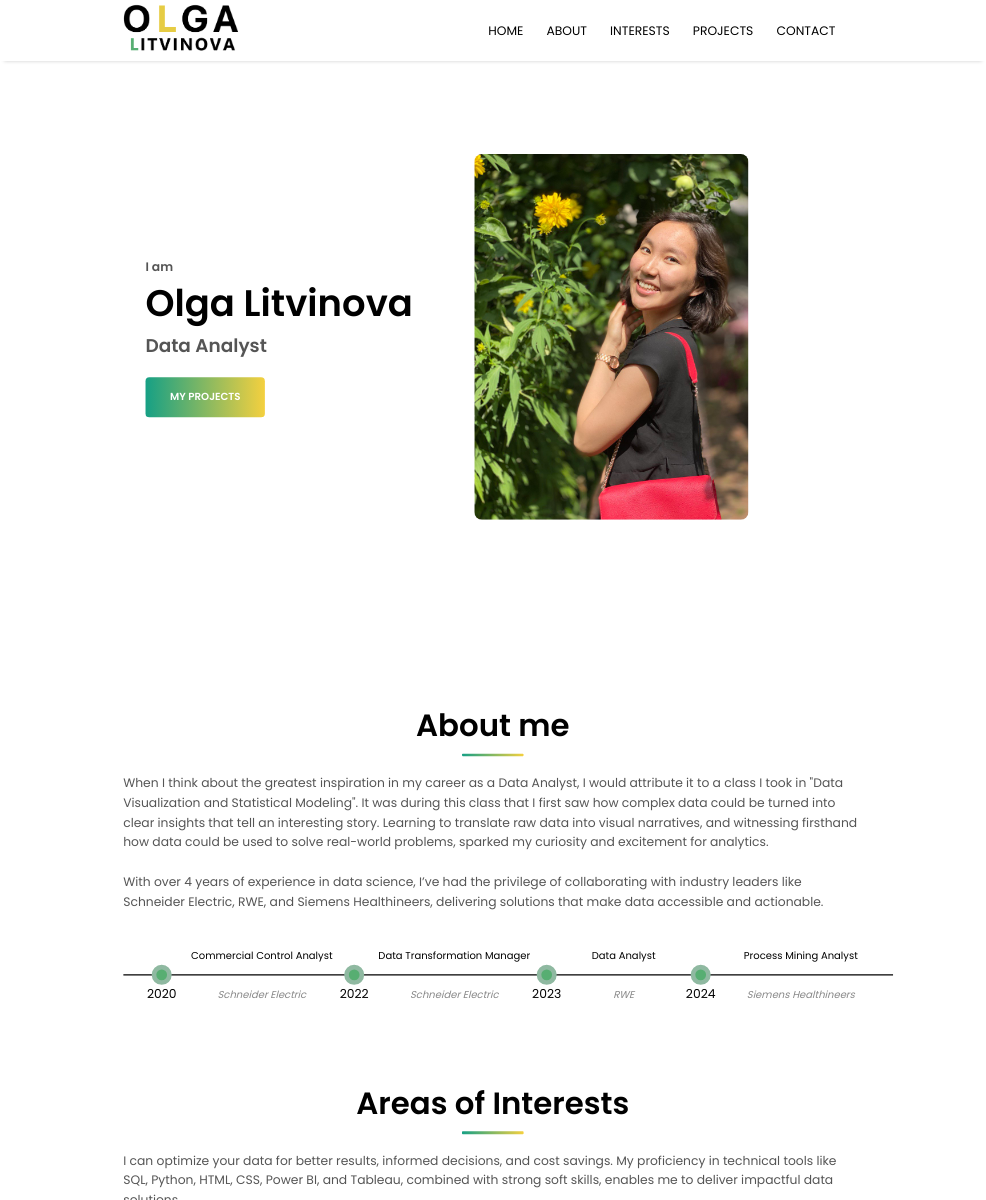
Repository: OlgaKuzminichna/CV
Page: index.html
These files come from the project's save history. The page is drawn as it stood at one moment and after the next save; the edit follows.
The browser window is 1280 px wide. The pictures show the part of the page from y = 0 to 1558 px (the page is 4124 px tall before and 4099 px after), at 77% of full size.
A picture or video elsewhere on the page could not be fetched, so the positions and the page height are approximate.

Above is the page before, as saved 2024-11-24 22:10:11.

### index.html
<!DOCTYPE html>
<html lang="en">
<head>
    <meta charset="UTF-8">
    <meta name="viewport" content="width=device-width, initial-scale=1.0">
    <title>Olga Litvinova | Data Analyst</title>
    <link rel="stylesheet" href="style.css">
    <link rel="icon" href="./images/logo2.png" type="image/x-icon">
    <script type="text/javascript" src="https://cdn.jsdelivr.net/npm/@emailjs/browser@3/dist/email.min.js"></script>
</head>
<body>
    <header>
        <nav id="navigation">
            <div class="site-header">
                <div class="site-logo">
                    <img src="./images/logo.png" alt="Olga Litvinova">
                </div>
                <ul class="link-list">
                    <li><a href="#home">HOME</a></li>
                    <li><a href="#about">ABOUT</a></li>
                    <li><a href="#skills">INTERESTS</a></li>
                    <li><a href="#projects">PROJECTS</a></li>
                    <li><a href="#contact">CONTACT</a></li>
                    <!-- <li><a href="#resume">RESUME</a></li> -->
                </ul>
            </div>
        </nav>
        <nav id="responsive-nav">
            <div class="site-header">
                <div class="site-logo">
                    <img src="./images/logo.png" alt="Olga Litvinova">
                </div>
                <div class="hamburger-menu">
                    <div class="icon-toggle" onclick="toggleMenu()">
                        <span></span>
                        <span></span>
                        <span></span>
                    </div>
                    <div class="dropdown-links">
                        <li><a href="#home" onclick="toggleMenu()">HOME</a></li>
                        <li><a href="#about" onclick="toggleMenu()">ABOUT</a></li>
                        <li><a href="#skills" onclick="toggleMenu()">INTERESTS</a></li>
                        <li><a href="#projects" onclick="toggleMenu()">PROJECTS</a></li>
                        <li><a href="#contact" onclick="toggleMenu()">CONTACT</a></li>
                        <!-- <li><a href="#resume" onclick="toggleMenu()">RESUME</a></li> -->
                    </div>
                </div>
            </div>
        </nav>
    </header>

    <main>
        <section id="home">
            <div class="intro-left">
                <p class="intro-text2">I am</p>
                <h1 class="primary-title">Olga Litvinova</h1>
                <p class="intro-role">Data Analyst </p>
                <div class="button-group">
                    <button class="main-btn" onclick="location.href='./index.html#projects'">
                        MY PROJECTS
                    </button>
                </div>
            </div>
            <div class="intro-right">
                <img src="./images/Litvinova.jpg" alt="Olga Litvinova Picture" />
            </div>
        </section>
        <section id="about">
            <h1 class="secondary-title">About me</h1>
            <div class="description-container">
                <p>
                    When I think about the greatest inspiration in my career as a Data Analyst, I would attribute it to a class I took in "Data Visualization and Statistical Modeling".
                    It was during this class that I first saw how complex data could be turned into clear insights that tell an interesting story.
                    Learning to translate raw data into visual narratives, and witnessing firsthand how data could be used to solve real-world problems, sparked my curiosity and excitement for analytics.
                </p>
                <p>
                    <br>
                    With over 4 years of experience in data science, I’ve had the privilege of collaborating with industry leaders like Schneider Electric, RWE, and Siemens Healthineers, delivering solutions that make data accessible and actionable.
                </p>

            </div>

            <div class="timeline">
                <svg width="1000" height="100">
                    <!-- Line -->
                    <line x1="0" y1="50" x2="1000" y2="50" style="stroke:black; stroke-width:1.5"></line>
                    <!-- 2020 Event -->
                    <circle cx="50" cy="50" r="10" stroke="#8fb9a1" stroke-width="6" fill="rgb(87, 174, 114)"></circle>
                    <text text-anchor="middle" x="50" y="80" fill="black">2020</text>
                    <text style="font-size:13" text-anchor="middle" x="180" y="30" fill="black">Commercial Control Analyst</text>
                    <text style="font-size:13; font-style: italic" text-anchor="middle" x="180" y="80" fill="#888888">Schneider Electric</text>


                    <circle cx="300" cy="50" r="10" stroke="#8fb9a1" stroke-width="6" fill="rgb(87, 174, 114)"></circle>
                    <text text-anchor="middle" x="300" y="80" fill="black">2022</text>
                    <text style="font-size:13" text-anchor="middle" x="430" y="30" fill="black">Data Transformation Manager</text>
                    <text style="font-size:13; font-style: italic" text-anchor="middle" x="430" y="80" fill="#888888">Schneider Electric</text>

                    <circle cx="550" cy="50" r="10" stroke="#8fb9a1" stroke-width="6" fill="rgb(87, 174, 114)"></circle>
                    <text text-anchor="middle" x="550" y="80" fill="black">2023</text>
                    <text style="font-size:13" text-anchor="middle" x="650" y="30" fill="black">Data Analyst</text>
                    <text style="font-size:13; font-style: italic" text-anchor="middle" x="650" y="80" fill="#888888">RWE</text>

                    <circle cx="750" cy="50" r="10" stroke="#8fb9a1" stroke-width="6" fill="rgb(87, 174, 114)"></circle>
                    <text text-anchor="middle" x="750" y="80" fill="black">2024</text>
                    <text style="font-size:13" text-anchor="middle" x="880" y="30" fill="black">Process Mining Analyst</text>
                    <text style="font-size:13; font-style: italic" text-anchor="middle" x="880" y="80" fill="#888888">Siemens Healthineers</text>
                </svg>
            </div>
        </section>


        <section id="skills">
            <h1 class="secondary-title">Areas of Interests</h1>
            <div class="description-container">
                <p>I can optimize your data for better results, informed decisions, and cost savings. My proficiency in technical tools like SQL, Python, HTML, CSS, Power BI, and Tableau, combined with strong soft skills, enables me to deliver impactful data solutions.</p>
            </div>
            <div class="skill-article-group">
                <article class="skill-card">
                    <img src="./images/data-analysis.png" alt="Data Analysis Icon" class="icon"/>
                    <div>
                        <h3>Data Analysis</h3>
                        <p>Uncover hidden insights and patterns within your data to identify trends, anomalies, and opportunities for data-driven decision-making.</p>
                    </div>
                </article>
                <article class="skill-card">
                    <img src="./images/data-analytics.png" alt="Data Analytics Icon" class="icon"/>
                    <div>
                        <h3>Data Analytics</h3>
                        <p>Harness the power of advanced analytics, including predictive models and machine learning solutions to forecast outcomes, optimize processes, and gain a competitive edge.</p>
                    </div>
                </article>
                <article class="skill-card">
                    <img src="./images/data-visualization.png" alt="Data Visualization Icon" class="icon"/>
                    <div>
                        <h3>Data Visualization</h3>
                        <p>Transform complex data into clear and compelling visual narratives. Create custom dashboards and reports for enhanced data communication and understanding.</p>
                    </div>
                </article>
                <article class="skill-card">
                    <img src="./images/technical-writing.png" alt="Technical Writing Icon" class="icon"/>
                    <div>
                        <h3>Technical Writing</h3>
                        <p>Translate intricate technical concepts into clear and concise documentation. From reports to comprehensive materials, I ensure your data projects are well-documented and readily accessible.</p>
                    </div>
                </article>
                <article class="skill-card">
                    <img src="./images/front-end-web-development.png" alt="Front End Web Development Icon" class="icon"/>
                    <div>
                        <h3>Web Development</h3>
                        <p>Craft intuitive web interfaces that deliver information in an accessible format. Design and build data-driven web solutions that seamlessly blend functionality and aesthetics.</p>
                    </div>
                </article>
                <article class="skill-card">
                    <img src="./images/collaboration.png" alt="Collaboration Icon" class="icon"/>
                    <div>
                        <h3>Collaboration</h3>
                        <p>Collaborate seamlessly with your team to integrate data solutions into your business processes. Whether it's short-term projects or ongoing data-driven initiatives, I'm here to support your success.</p>
                    </div>
                </article>
            </div>
        </section>
        <section id="projects">
            <h1 class="secondary-title">Projects</h1>
            <div class="project-group">
                <div class="project-detail-card">
                    <img src="./images/cyclistic.png" class="project-image"/>
                    <h2 class="project-title">Cyclistic Bike-Share Analytics</h2>
                    <p>A comprehensive analysis of Cyclistic Bike-Share program, featuring Exploratory Data Analysis (EDA), A/B Testing, SARIMA Time Series Forecasting, and interactive Tableau dashboards to uncover user behavior, trends, and marketing strategies for growth.</p>
                    <div class="button-group">
                        <button class="main-btn project-btn"
                        onclick="location.href='https://medium.com/python-in-plain-english/revitalizing-cyclistic-bike-share-program-an-in-depth-data-exploration-556b52512bf8'">View Project</button>
                    </div>
                </div>
                <!-- Additional projects can go here, following the same structure -->
            </div>
        </section>

        <section id="contact">
            <h1 class="secondary-title">Contact Me</h1>

            <div class="social-media-buttons">
                <a href="https://github.com/OlgaKuzminichna" target="_blank" class="button github">
                    <img src="images/github.png" alt="GitHub Icon">
                    <span>GitHub</span>
                </a>
                <a href="https://public.tableau.com/app/profile/yourusername" target="_blank" class="button tableau">
                    <img src="images/tableau.svg" alt="Tableau Icon">
                    <span>Tableau</span>
                </a>
                <a href="https://www.linkedin.com/in/olga-l-7802b324b/" target="_blank" class="button linkedin">
                    <img src="images/linkedin.png" alt="LinkedIn Icon">
                    <span>LinkedIn</span>
                </a>
                <a href="mailto:litvinova2404@gmail.com" class="button email">
                    <img src="images/email.png" alt="Email Icon">
                    <span>Email</span>
                </a>
            </div>
            <form class="contact-form">
            <h2>Feel free to contact me for any question </h2>
            <div class="form-field">
                <label for="name">Name</label>
                <input type="text" id="name" placeholder="Enter your full name" required>
            </div>
            <div class="form-field">
                <label for="email">Email</label>
                <input type="email" id="email" placeholder="Enter your email" required>
            </div>
            <div class="form-field">
                <label for="message">Message</label>
                <textarea id="message" name="message" rows="5" required></textarea>
            </div>
            <button class="submit-btn form-field" onclick="sendMail()">Send Message</button>
            </form>

        </section>
        <footer>
            <p>Copyright &copy; Olga Litvinova 2024. All Rights Reserved.</p>
        </footer>
    </main>
    <script src="script.js"></script>
</body>
</html>

### style.css
@import url('https://fonts.googleapis.com/css2?family=Poppins:wght@300;400;500;600&display=swap');

* {
    margin: 0;
    padding: 0;
    box-sizing: border-box;
}

body {
    font-family: 'Poppins', sans-serif;
    margin: 0;
    padding: 0;
}

p {
    color: #555;
}

a, .btn {
    transition: color 0.5s ease, background-color 0.5s ease;
}

header {
    position: sticky;
    top: 0;
    background-color: white;
    padding: 0;
    z-index: 2;
}

.site-header {
    width: 100%;
    padding: 5px 0px;
    display: flex;
    align-items: center;
    justify-content: space-between;
    margin: 0 10rem;
}

nav {
    width: 100%;
    display: flex;
    align-items: center;
    box-shadow: 0 5px 5px -5px rgba(0,0,0,.2);
}

.link-list {
    list-style: none;
    display: flex;
    margin-right: 20px;
}

.link-list li {
    margin: 0 15px;
}

.site-logo img {
    max-width: 150px;
    height: auto;
}

a {
    color: black;
    text-decoration: none;
}

a:hover {
    color: rgb(87, 174, 114);
    text-decoration: underline;
    text-underline-offset: 1rem;
    text-decoration-color: rgb(87, 174, 114);
}

/* HAMBURGER MENU */

#responsive-nav {
    display: none;
}

.hamburger-menu {
    position: relative;
    display: inline-block;
}

.icon-toggle {
    display: flex;
    flex-direction: column;
    justify-content: space-between;
    height: 24px;
    width: 30px;
    cursor: pointer;
}

.icon-toggle span {
    width: 100%;
    height: 2px;
    background-color: black;
    transition: all 0.3 ease-in-out;
}

.dropdown-links {
    position: absolute;
    top: 100%;
    right: 0%;
    background-color: white;
    width: fit-content;
    max-height: 0;
    overflow: hidden;
    transition: all 0.3 ease-in-out;
}

.dropdown-links a {
    display: block;
    padding: 10px;
    text-align: center;
    font-size: 1.2rem;
    color: black;
    text-decoration: none;
    transition: all 0.3 ease-in-out;
}

.dropdown-links a:hover {
    color: rgb(87, 174, 114);
}

.dropdown-links li {
    list-style: none;
}

.dropdown-links.open {
    max-height: 300px;
}

.icon-toggle.open span:nth-child(1) {
    transform: rotate(45deg) translate(10px, 5px);
}

.icon-toggle.open span:nth-child(2) {
    opacity: 0;
}

.icon-toggle.open span:nth-child(3) {
    transform: rotate(-45deg) translate(10px, -5px);
}

.icon-toggle span:nth-child(1),
.icon-toggle span:nth-child(2),
.icon-toggle span:nth-child(3) {
    transform: none;
}

main {
    margin-top: 60px;
}

section {
    margin: 0 10rem;
    box-sizing: border-box;
    min-height: fit-content;
}

.section-container {
    display: flex;
}

/* HOME */

#home {
    display: flex;
    justify-content: center;
    align-items: center;
    gap: 5rem;
    height: 85vh;
}

.intro-right {
    display: flex;
    height: 475px;
    width: 475px;
    margin: auto 0;
}

.intro-right img {
    border-radius: 10px;
}

.intro-left {
    align-self: justify;
    text-align: justify;
}

.intro-left p {
    font-weight: 600;
}

.intro-text {
    text-align: center;
}

.intro-text2 {
    text-align: justify;
}

.intro-role {
    font-size: 1.5rem;
    margin-bottom: 1rem;
}

.primary-title {
    font-size: 3rem;
    text-align: center;
}

.button-group {
    margin-top: 1.5rem;
    text-align: justify;

}

.main-btn {
    background: linear-gradient(to right, #16A085 0%, #F4D03F  50%, #16A085  100%);
    background-size: 200% auto;
    font-family: 'Poppins', sans-serif;
    border: none;
    color: white;
    padding: 1rem 2rem;
    font-weight: 600;
    border-radius: 5px;
    cursor: pointer;
    transition: background-color 0.3s ease, transform 0.2s ease;
}


.main-btn:hover {
    background-position: right center;
    transition: 0.5s;
    color: #fff;
    text-decoration: none;
    transform: scale(1.05);
}

/* ABOUT */

#about {
    padding-top: 5rem ;
    text-align: center;
}

.secondary-title {
    font-size: 2.5rem;
    position: relative;
}

.secondary-title::after {
    content: "";
    position: absolute;
    bottom: -10px;
    left: 50%;
    transform: translateX(-50%);
    width: 80px;
    height: 3.5px;
    background: linear-gradient(to right, #16A085 0%, #F4D03F  100%, #16A085  100%);
    border-radius: 1px;
}

.description-container {
    margin: 2rem auto;
}

.description-container p {
    color: #555;
    line-height: 1.6;
    text-align: left;
}

/* TIMELINE */

.timeline {
    text-align: center;
    padding: 0px;
    flex: 0 0 100%;
    max-width: 90%;
}




/* SKILLS */

#skills {
    padding-top: 5rem ;
    text-align: center;
}

.skill-article-group {
    display: flex;
    flex-wrap: wrap;
    justify-content: space-around;
    gap: 2.5rem;
}

.skill-card {
    display: flex;
    flex-direction: column;
    align-items: center;
    max-width: 320px;
    text-align: center;
}

.skill-card .icon {
    cursor: pointer;
    height: 90px;
    margin-bottom: 1rem;
}

.skill-card h3 {
    font-size: 1.5rem;
    color: #333;
}

.skill-card p {
    color: #777;
    line-height: 1.5;
    text-align: justify;
}

/* PROJECTS */

#projects {
    padding-top: 5rem ;
    text-align: center;
}

.project-group {
    display: flex;
    flex-wrap: wrap;
    justify-content: space-around;
    gap: 3.5rem;
    margin-top: 2rem;
}

.project-detail-card {
    background-color: white;
    border: 1px solid #ddd;
    border-radius: 5px;
    padding: 1.5rem;
    max-width: 540px;
    text-align: left;
    box-shadow: 0px 0px 10px rgba(0, 0, 0, 0.1);
    transition: transform 0.2s ease-in-out;
}

.project-detail-card:hover {
    transform: scale(1.02);
    box-shadow: 0px 0px 15px rgba(0, 0, 0, 0.2);
}

.project-image {
    max-width: 100%;
    height: auto;
}



/* CONTACT */

#contact {
    padding-top: 5rem ;
    text-align: center;

    margin: 0 auto;
}

/* CONTACT - social media links*/

.social-media-buttons {
    display: flex;
    justify-content: center;
    margin: 2rem;
}

.social-media-buttons .button {
    display: flex;
    align-items: center;
    justify-content: center;
    padding: 10px 15px;
    margin:15px;
    border-radius: 5px;
    text-decoration: none;
    font-family: 'Poppins', sans-serif;
    font-weight: bold;
    color: #555;
    transition: background-color 0.3s;
    border: 1px solid #333;
}

.social-media-buttons .button img {
    width: 50px;
    max-height: 100px;
    margin-right: 8px;
}


.social-media-buttons .button:hover {
    background: linear-gradient(to right, #16A085 0%, #F4D03F  200%, #16A085  100%);
    transform: scale(1.05);
    color: #fff;
}


/* CONTACT - Form */
.form-field {
    margin-bottom: 1rem;
}

.contact-form h2 {
    font-size: 1.5rem;
    margin:2rem;
}

label {
    display: block;
    font-weight: 600;
    margin-bottom: 0.5rem;
    text-align: justify;
    max-width: 400px;
    margin: 0 auto;
}

.form-field input,
.form-field textarea {
    max-width: 400px;
    width: 100%;
    padding: 0.5rem;
    font-size: 1rem;
    border: 1px solid #ccc;
    border-radius: 5px;
}

textarea {
    resize: none;
}

.submit-btn {
    background: linear-gradient(to right, #16A085 0%, #F4D03F  51%, #16A085  100%);
    background-size: 200% auto;
    border: none;
    color: white;
    padding: 1rem 2rem;
    font-weight: 600;
    border-radius: 5px;
    cursor: pointer;
    transition: background-color 0.3s ease, transform 0.2s ease;
    font-family: 'Poppins', sans-serif;
    margin-bottom: 3rem;

}

.submit-btn:hover {
    background-color: #57AE72;
    transform: scale(1.05);

}


/* FOOTER */

footer {
    padding: 1rem 0;
    text-align: center;
    background-color: #F9F9F7;
}

footer p {
    margin: 0;
}

footer p::before {
    font-size: 1.2rem;
    margin-right: 0.5rem;
}

/* RESPONSIVE STYLES */

@media screen and (max-width: 1400px) {
    #home {
        height: 83vh;
        margin-bottom: 6rem;
    }
}

@media screen and (max-width: 1200px) {
    #navigation {
        display: none;
    }
    #responsive-nav {
        display: flex;
    }
    section, .section-container {
        height: fit-content;
    }
    section {
        margin: 0 5%;
    }
    .intro-right {
        width: 275px;
        height: 275px;
        margin: 0 auto 2rem;
    }
    .project-group {
        gap: 2rem;
    }
    footer {
        padding: 1rem 0;
    }
    footer p {
        font-size: 0.7rem;
    }
}

@media (max-width: 999px) {
    .timeline {
        display: none;
    }
}

@media screen and (max-width: 768px) {
    .site-header {
        padding: 15px 20px;
        justify-content: space-between;
    }
    .icon-toggle {
        width: 25px;
    }
    .site-logo img {
        max-width: 35px;
    }
    .primary-title, .secondary-title {
        font-size: 1.6rem;
    }
}

@media screen and (max-width: 600px) {
    main {
        margin-top: 40px;
    }
}

### script.js
function toggleMenu() {
    const menu = document.querySelector(".dropdown-links");
    const icon = document.querySelector(".icon-toggle");
    menu.classList.toggle("open");
    icon.classList.toggle("open");
}

function sendMail() {
    var params = {
        name: document.getElementById("name").value,
        email: document.getElementById("email").value,
        message: document.getElementById("message").value
    };

    emailjs
    .send("service_20pigze", "template_jm79tde", params)
    .then((res) => {
        document.getElementById("name").value = "";
        document.getElementById("email").value = "";
        document.getElementById("message").value = "";
        console.log(res);
        alert("Message sent successfully!");
    })
    .catch((err) => console.log(err));
}

After the next save:
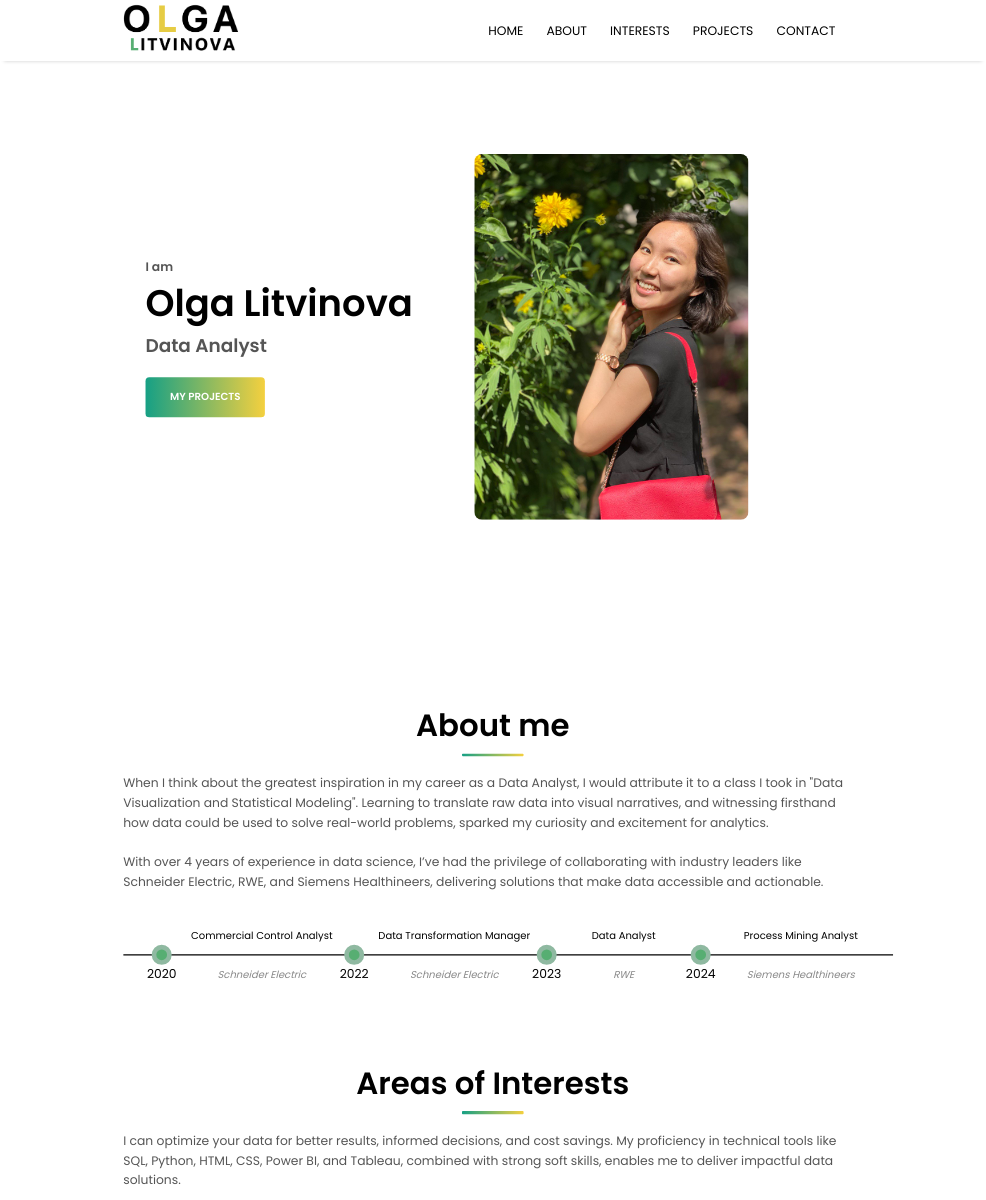
Saved 92 s later.
--- a/index.html
+++ b/index.html
@@ -70,7 +70,6 @@
             <div class="description-container">
                 <p>
                     When I think about the greatest inspiration in my career as a Data Analyst, I would attribute it to a class I took in "Data Visualization and Statistical Modeling".
-                    It was during this class that I first saw how complex data could be turned into clear insights that tell an interesting story.
                     Learning to translate raw data into visual narratives, and witnessing firsthand how data could be used to solve real-world problems, sparked my curiosity and excitement for analytics.
                 </p>
                 <p>
